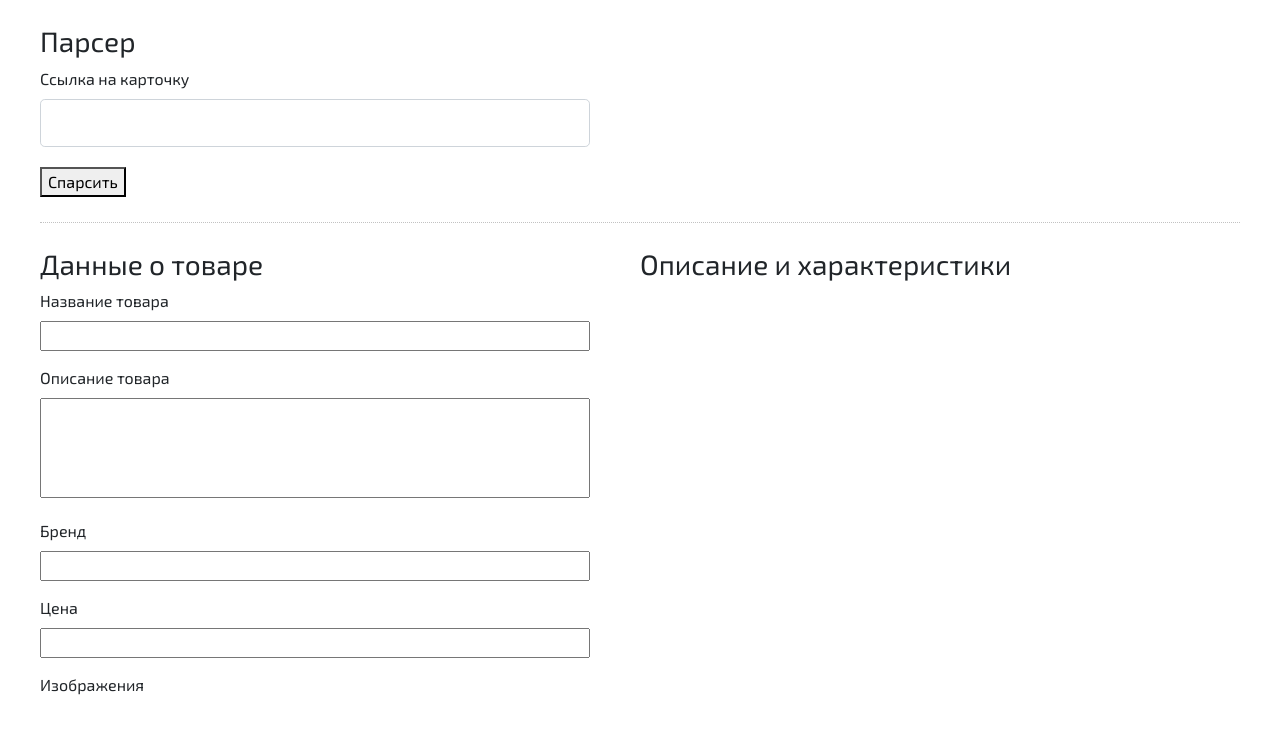
Repository: yozuul/wildberries-product-card-parser-api-exchange
Page: public/index.html
The author's editor kept a copy of each file at every save. The page is drawn from the files as they stood at one save, then again after the next save.
The browser window is 1280 px wide. The pictures show the whole page.

Above is the page before, as saved 2021-08-18 18:40:43.

### public/index.html
<!DOCTYPE html>
<html lang="en">

<head>
   <meta charset="UTF-8">
   <meta http-equiv="X-UA-Compatible" content="IE=edge">
   <meta name="viewport" content="width=device-width, initial-scale=1.0">
   <title>Document</title>
   <link rel="stylesheet" href="style.css">
   <link href="https://cdn.jsdelivr.net/npm/bootstrap@5.1.0/dist/css/bootstrap.min.css" rel="stylesheet" integrity="sha384-KyZXEAg3QhqLMpG8r+8fhAXLRk2vvoC2f3B09zVXn8CA5QIVfZOJ3BCsw2P0p/We" crossorigin="anonymous">

</head>

<body>
   <div class="parseFormWrapper">
      <div class="parseForm">
         <h3>Парсер</h3>
         <form name="parseForm">
            <label for="exampleFormControlInput1" class="form-label">Ссылка на карточку</label>
            <input class="form-control form-control-lg" type="text" id="cardURL">
            <button id="parseData">Спарсить</button>
         </form>
      </div>
   </div>
   <form class="productFormWrapper">
      <div class="productFormWrapperLeft productForm">
            <h3>Данные о товаре</h3>
            <div class="inputWrapper">
               <p>Название товара</p>
               <input type="text" name="productName" id="productName">
            </div>
            <div class="inputWrapper">
               <p>Описание товара</p>
               <textarea name="productDesc" id="productDesc"></textarea>
            </div>
            <div class="inputWrapper">
               <p>Бренд</p>
               <input type="text" name="productBrand" id="productBrand">
            </div>
            <div class="inputWrapper">
               <p>Цена</p>
               <input type="text" name="productPrice" id="productPrice">
            </div>
            <div class="inputWrapper">
               <p>Изображения</p>
            </div>
      </div>
      <div class="productFormWrapperRight productForm">
         <h3>Описание и характеристики</h3>
      </div>
   </form>
   <script src="index.js"></script>
</body>

</html>

### public/style.css
@import url('https://fonts.googleapis.com/css2?family=Exo+2&display=swap');

* {
   font-family: 'Exo 2', sans-serif;
}

body {
   padding: 0;
   margin: 0;
}
.productFormWrapper, .parseFormWrapper {
   max-width: 1200px;
   margin: auto;
   padding-top: 25px;
   padding-bottom: 25px;
}
.parseFormWrapper {
   border-bottom: 1px dotted #9999;
}
.productFormWrapper {
   display: flex;
}
.productFormWrapperLeft {
   margin-right: 50px;
}
.parseForm {
   display: flex;
   flex-wrap: wrap;
   max-width: 550px;
}
.parseForm input {
   width: 550px;
   margin-bottom: 20px;
}
.productForm {
}
.productForm input, .productForm textarea {
   width: 550px;
}
.productForm textarea {
   height: 100px;
   resize: none;
}
.parseFormWrapper p, .productFormWrapper p {
   margin-bottom: 8px;
   margin-top: 0;
}
.inputWrapper {
   margin-bottom: 15px;
}

Loaded but not shown: index.js (no copy from this time; the picture is the same without it)

After the next save:
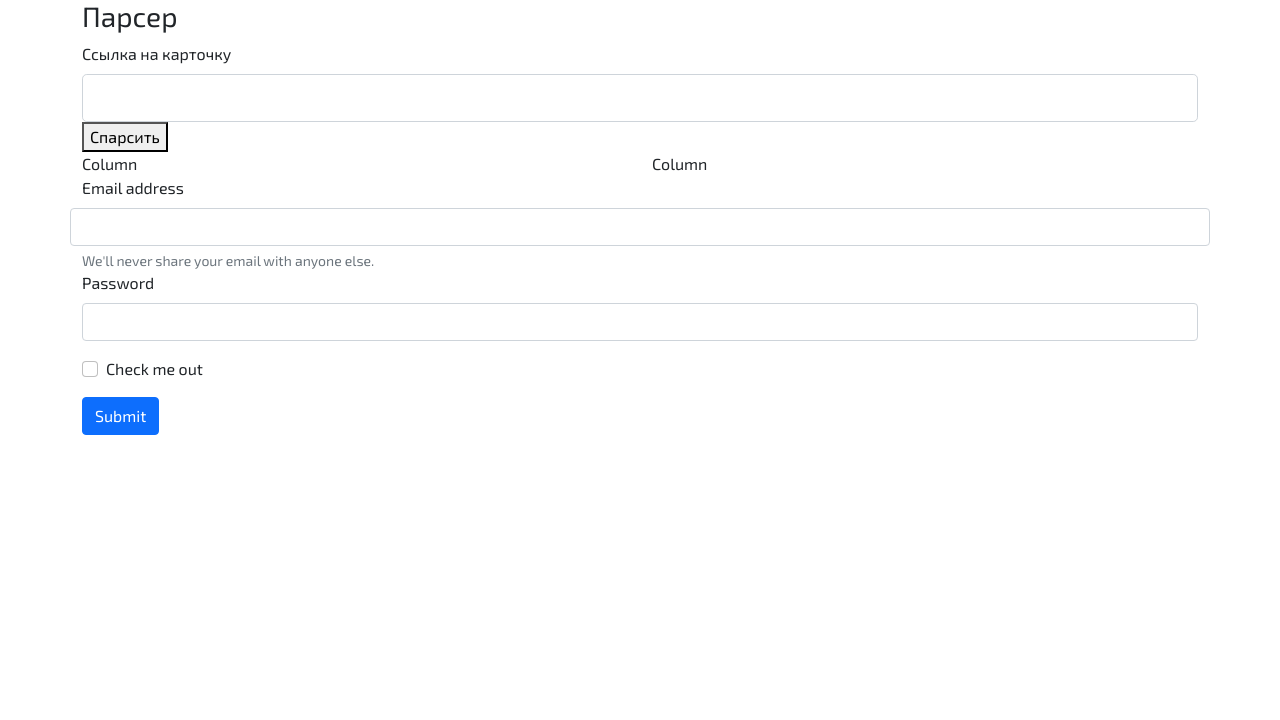
Saved 10 min 42 s later.
--- a/public/index.html
+++ b/public/index.html
@@ -12,17 +12,48 @@
 </head>
 
 <body>
-   <div class="parseFormWrapper">
-      <div class="parseForm">
-         <h3>Парсер</h3>
-         <form name="parseForm">
-            <label for="exampleFormControlInput1" class="form-label">Ссылка на карточку</label>
-            <input class="form-control form-control-lg" type="text" id="cardURL">
-            <button id="parseData">Спарсить</button>
-         </form>
+   <div class="container">
+      <div class="row parser_form_wrapper">
+         <div class="col">
+            <h3>Парсер</h3>
+            <form name="parseForm">
+               <label for="exampleFormControlInput1" class="form-label">Ссылка на карточку</label>
+               <input class="form-control form-control-lg" type="text" id="cardURL">
+               <button id="parseData">Спарсить</button>
+            </form>
+         </div>
       </div>
-   </div>
-   <form class="productFormWrapper">
+      <div class="row">
+        <div class="col">
+          Column
+        </div>
+        <div class="col">
+          Column
+        </div>
+      </div>
+    </div>
+
+    <form class="container">
+       <div class="row">
+         <label for="exampleInputEmail1" class="form-label">Email address</label>
+         <input type="email" class="form-control" id="exampleInputEmail1" aria-describedby="emailHelp">
+         <div id="emailHelp" class="form-text">We'll never share your email with anyone else.</div>
+       </div>
+       <div class="mb-3">
+         <label for="exampleInputPassword1" class="form-label">Password</label>
+         <input type="password" class="form-control" id="exampleInputPassword1">
+       </div>
+       <div class="mb-3 form-check">
+         <input type="checkbox" class="form-check-input" id="exampleCheck1">
+         <label class="form-check-label" for="exampleCheck1">Check me out</label>
+       </div>
+       <button type="submit" class="btn btn-primary">Submit</button>
+
+       </div>
+      <div class="mb-3">
+    </form>
+
+   <!-- <form class="productFormWrapper">
       <div class="productFormWrapperLeft productForm">
             <h3>Данные о товаре</h3>
             <div class="inputWrapper">
@@ -48,7 +79,7 @@
       <div class="productFormWrapperRight productForm">
          <h3>Описание и характеристики</h3>
       </div>
-   </form>
+   </form> -->
    <script src="index.js"></script>
 </body>
 
